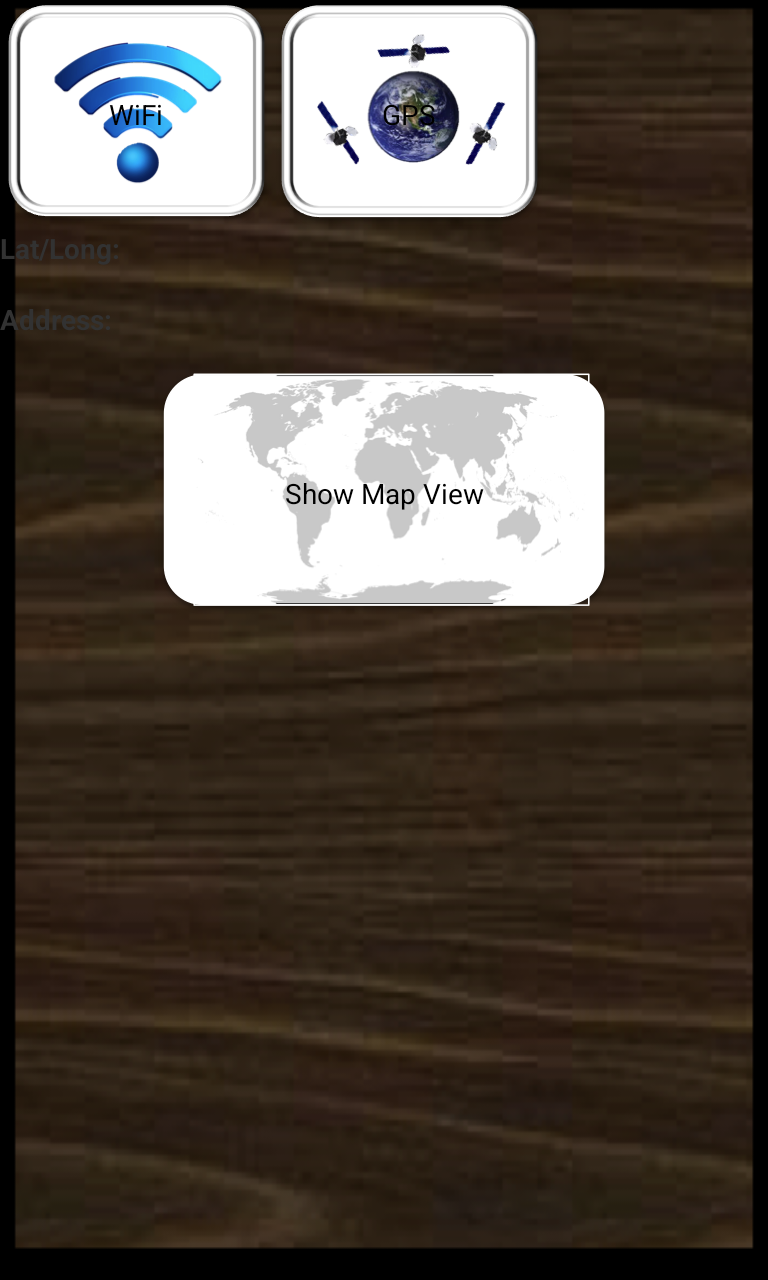
Repository: Arvind83/Pilot_project
Layout: LocationAware/res/layout/main.xml
An editor plug-in stored every save of this project. The layout is shown before and after a run of saves, followed by the edit.
It is drawn on a 768 x 1280 px phone screen (xhdpi) without system bars, with theme android:Theme.Holo; the app's code is not run.

Above is the layout before, as saved 2013-03-17 21:05:36.

After the next 2 saves:
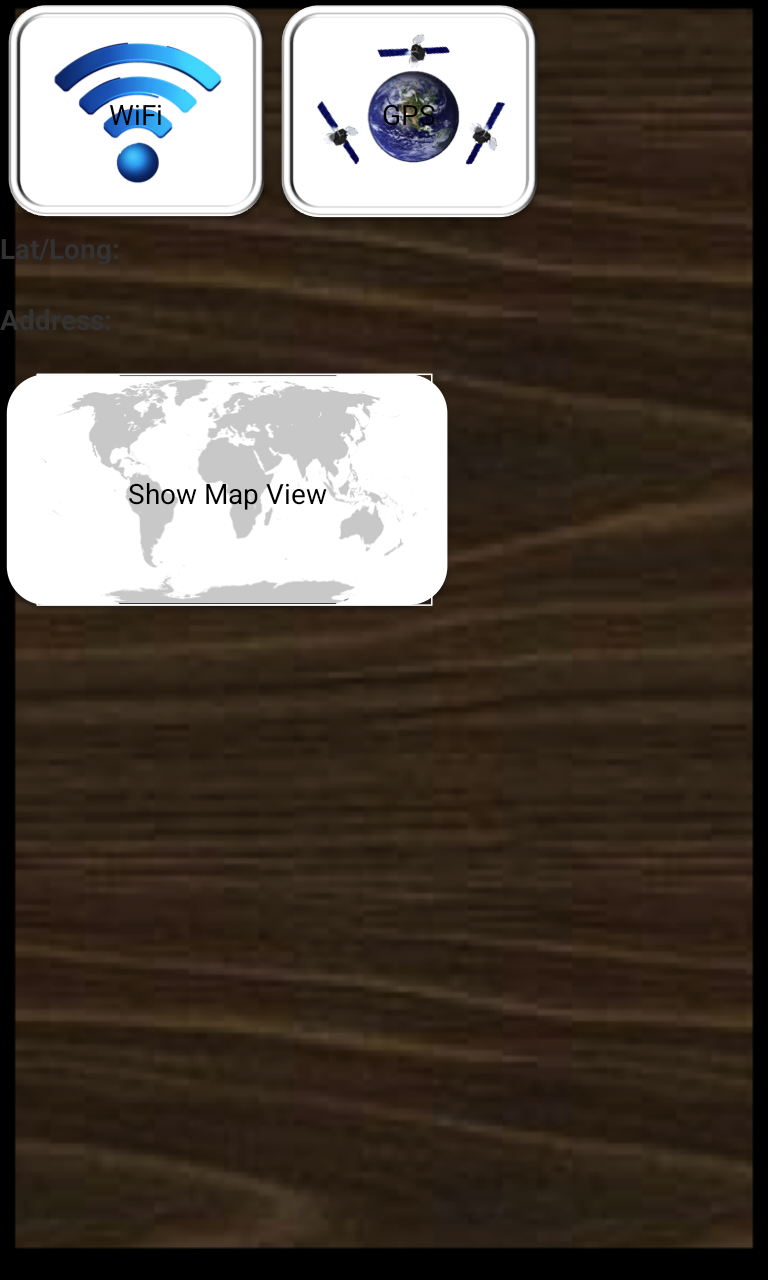
The 2 saves are shown as one change because they came seconds apart.
The last was saved 76 s later.
--- a/LocationAware/res/layout/main.xml
+++ b/LocationAware/res/layout/main.xml
@@ -83,6 +83,7 @@
             android:layout_height="wrap_content"
             android:text="@string/show_map"
             android:background="@drawable/gotomap"
+            android:layout_gravity = "bottom"
             android:minWidth="180sp"/>
             </LinearLayout>
 

After the 4 saves that followed:
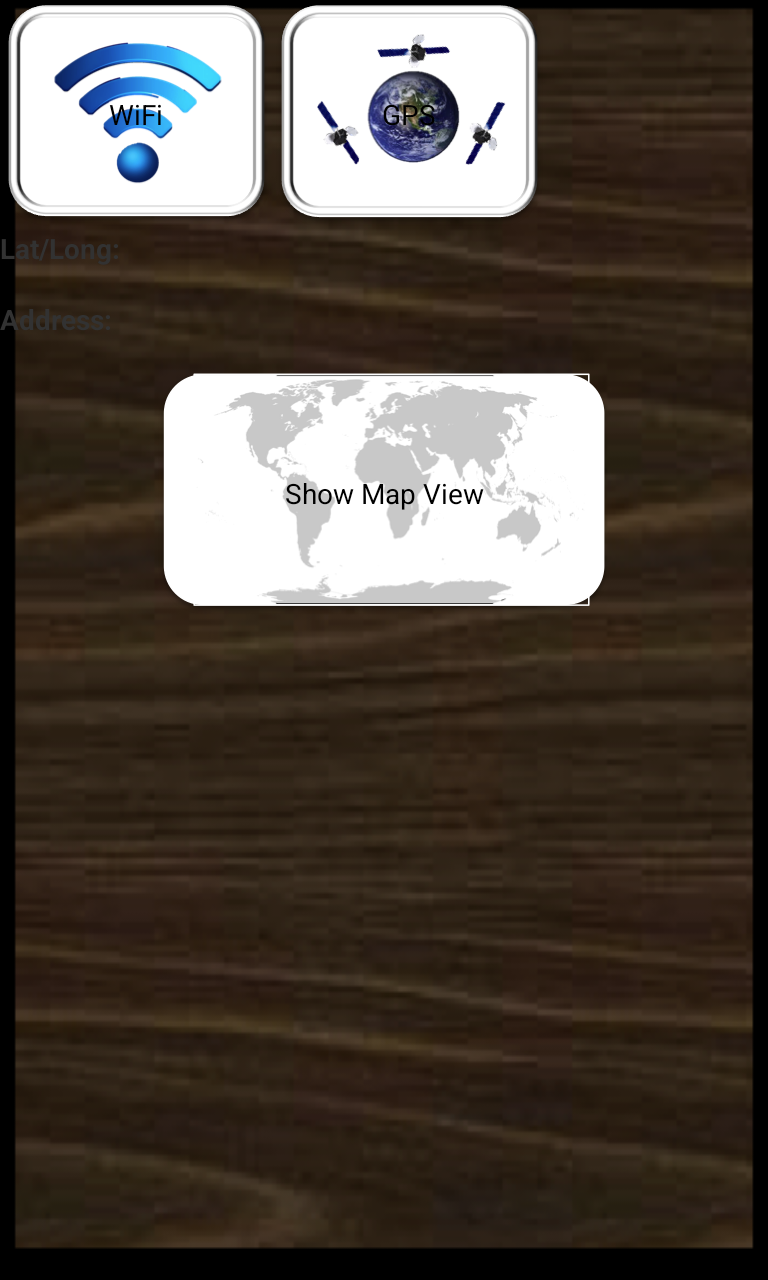
The 4 saves are shown as one change because 2 left the picture as it was and some came seconds apart.
The last was saved 2 min 14 s later.
--- a/LocationAware/res/layout/main.xml
+++ b/LocationAware/res/layout/main.xml
@@ -83,7 +83,7 @@
             android:layout_height="wrap_content"
             android:text="@string/show_map"
             android:background="@drawable/gotomap"
-            android:layout_gravity = "bottom"
+            android:gravity = "center"
             android:minWidth="180sp"/>
             </LinearLayout>
 
